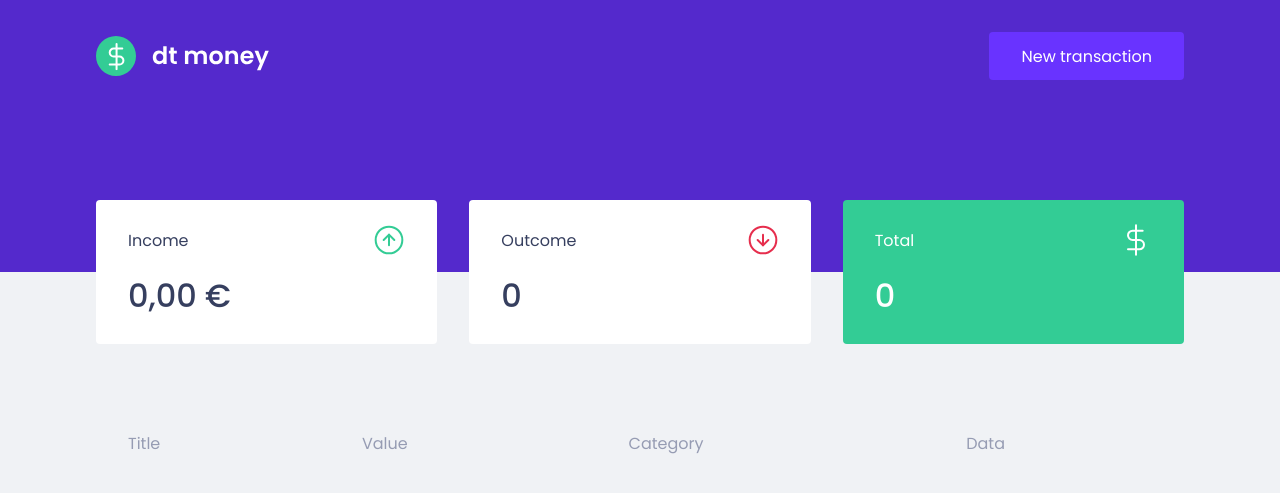
Repository: JoseGu1llardi/dtmoney
Page: /
An editor plug-in stored every save of this project. The page is shown before and after the next save, followed by the edit.
The browser window is 1280 px wide. The pictures show the whole page.
The page's requests for data from a server got no answer. The project was rebuilt for these pictures with package versions that can differ from the ones it lists, and the page was loaded fresh each time. No one was signed in, and anything a server would have sent is missing.

Above is the page before, as saved 2023-01-08 19:53:20.

After the next save:
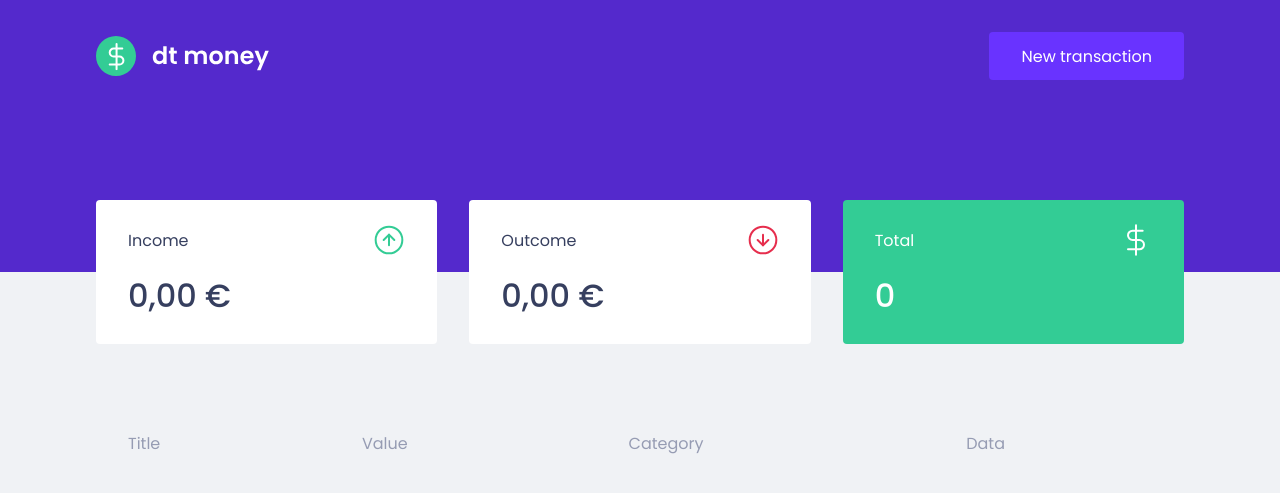
Saved 5 min 49 s later.
--- a/src/components/Summary/index.tsx
+++ b/src/components/Summary/index.tsx
@@ -37,7 +37,7 @@ export function Summary() {
                 </header>
                 <strong>{new Intl.NumberFormat('de-DE', {
                     style: 'currency',
-                    currency: 'EUR'
+                    currency: 'EUR',
                 }).format(summary.deposits)}</strong>
             </div>
 
@@ -46,7 +46,10 @@ export function Summary() {
                     <p>Outcome</p>
                     <img src={outcomeImg} alt="Logo outcome" />
                 </header>
-                <strong>{summary.withdraws}</strong>
+                <strong>{new Intl.NumberFormat('de-DE', {
+                    style: 'currency',
+                    currency: 'EUR',
+                }).format(summary.withdraws)}</strong>
             </div>
 
             <div className="highlight-background">
